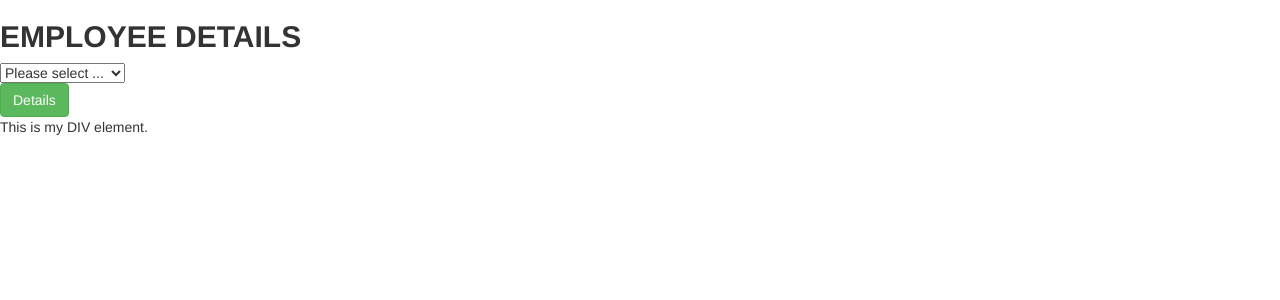
Repository: royakash07/FirstWebApplication
Page: http://localhost/SampleWebApplication/Details.jsp
These files come from the project's save history. The page is drawn as it stood at one moment and after the next save; the edit follows.
The browser window is 1280 px wide. The pictures show the whole page.
Some web libraries are served in a nearby version. The page is served by Tomcat 9. Other server files are loaded and not shown.

Above is the page before, as saved 2017-12-01 07:47:19.

### SampleWebApplication/WebContent/Details.jsp
<%@ page language="java" contentType="text/html; charset=ISO-8859-1"
    pageEncoding="ISO-8859-1"%>
<!DOCTYPE html PUBLIC "-//W3C//DTD HTML 4.01 Transitional//EN" "http://www.w3.org/TR/html4/loose.dtd">
<html>
<head>
<meta http-equiv="Content-Type" content="text/html; charset=ISO-8859-1">
<title>Details</title>
  <meta name="viewport" content="width=device-width, initial-scale=1">
  <link rel="stylesheet" href="https://maxcdn.bootstrapcdn.com/bootstrap/3.3.7/css/bootstrap.min.css">
  <script src="https://ajax.googleapis.com/ajax/libs/jquery/3.2.1/jquery.min.js"></script>
  <script src="https://maxcdn.bootstrapcdn.com/bootstrap/3.3.7/js/bootstrap.min.js"></script>
<meta http-equiv="Content-Type" content="text/html; charset=ISO-8859-1">
<script type="text/javascript">
function showfield(name){
	  if(name=='byId')document.getElementById('div1').innerHTML='byId: <input type="text" class="form-control" name="Id" />';
	  else if(name=='byName')document.getElementById('div1').innerHTML='<input type="text" class="form-control" name="Name" placeholder="Employee Name" />';
	  else document.getElementById('div1').innerHTML='';
	}
function myFunction() {
    var x = document.getElementById("myDIV");
    if (x.style.display === "block") {
        x.style.display = "none";
    } else {
        x.style.display = "block";
    }
}
</script>

</head>
<body>
<h2><strong>EMPLOYEE DETAILS</strong></h2>
<form action="EmployeeInformation" method="post">
<select name="empDetail" id="empDetail" onchange="showfield(this.options[this.selectedIndex].value)">
<option class="drop"selected="selected">Please select ...</option>
<option value="all">Get All Details</option>
<option value="byName">Details by Name</option>
<option value="byId">Details by Id</option>
</select>
<div id="div1">
</div>
<table>
<tr>
</table>
<input type="button"class="btn btn-success" value="Details" onclick="myFunction()">
<div id="myDIV">
This is my DIV element.
</div>
</form>
</body>
</html>

After the next save:
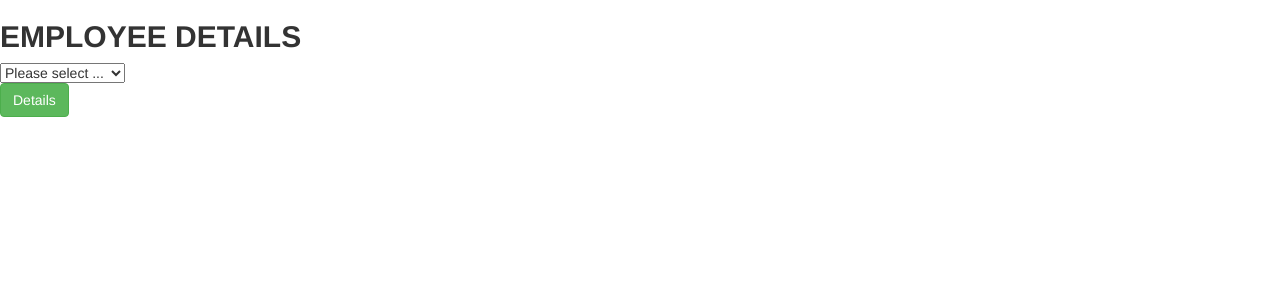
Saved 57 s later.
--- a/SampleWebApplication/WebContent/Details.jsp
+++ b/SampleWebApplication/WebContent/Details.jsp
@@ -42,7 +42,7 @@ function myFunction() {
 <tr>
 </table>
 <input type="button"class="btn btn-success" value="Details" onclick="myFunction()">
-<div id="myDIV">
+<div id="myDIV" style="display:none">
 This is my DIV element.
 </div>
 </form>
